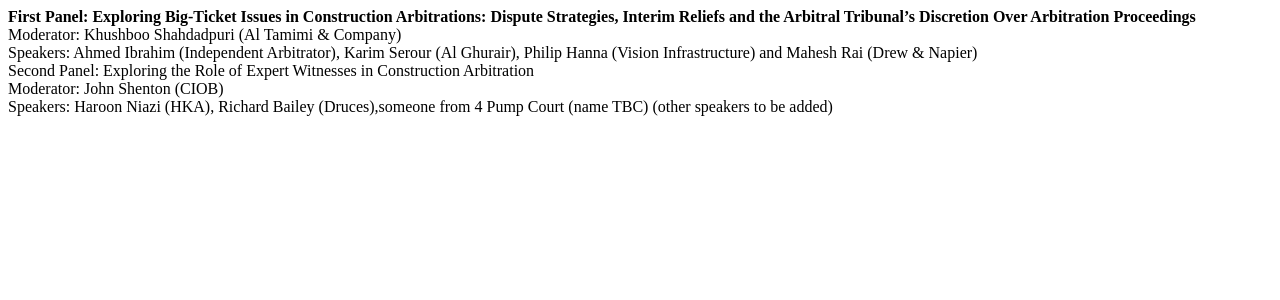
Repository: shifanafin/store-ap
Page: starter/Untitled-1.html
An editor plug-in stored every save of this project. The page is shown before and after the next save, followed by the edit.
The browser window is 1280 px wide. The pictures show the whole page.

Above is the page before, as saved 2023-09-28 18:32:29.

After the next save:
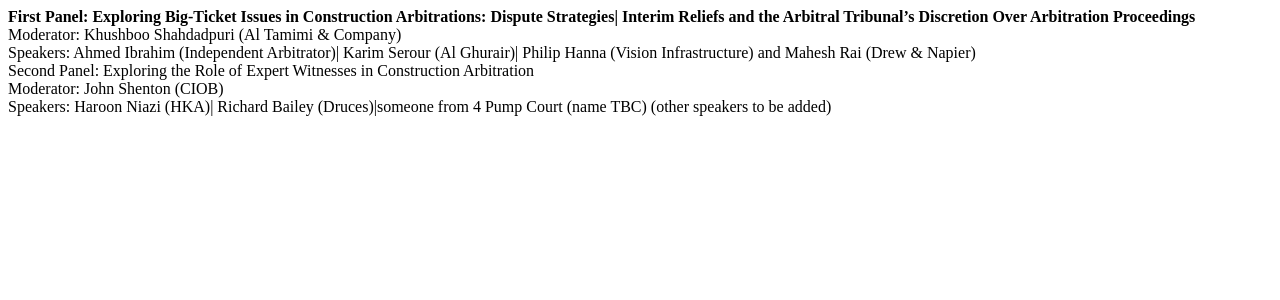
Saved 21 s later.
--- a/starter/Untitled-1.html
+++ b/starter/Untitled-1.html
@@ -1,11 +1,11 @@
-<b>First Panel: Exploring Big-Ticket Issues in Construction Arbitrations: Dispute Strategies, Interim Reliefs and the Arbitral Tribunal’s Discretion Over Arbitration Proceedings  </b>
+<b>First Panel: Exploring Big-Ticket Issues in Construction Arbitrations: Dispute Strategies| Interim Reliefs and the Arbitral Tribunal’s Discretion Over Arbitration Proceedings  </b>
 <br>
 Moderator: Khushboo Shahdadpuri (Al Tamimi & Company)
 <br>
-Speakers: Ahmed Ibrahim (Independent Arbitrator), Karim Serour (Al Ghurair), Philip Hanna (Vision Infrastructure) and Mahesh Rai (Drew & Napier)
+Speakers: Ahmed Ibrahim (Independent Arbitrator)| Karim Serour (Al Ghurair)| Philip Hanna (Vision Infrastructure) and Mahesh Rai (Drew & Napier)
 <br>
 Second Panel: Exploring the Role of Expert Witnesses in Construction Arbitration
 <br>
 Moderator: John Shenton (CIOB)
 <br>
-Speakers: Haroon Niazi (HKA), Richard Bailey (Druces),someone from 4 Pump Court (name TBC) (other speakers to be added)
+Speakers: Haroon Niazi (HKA)| Richard Bailey (Druces)|someone from 4 Pump Court (name TBC) (other speakers to be added)
